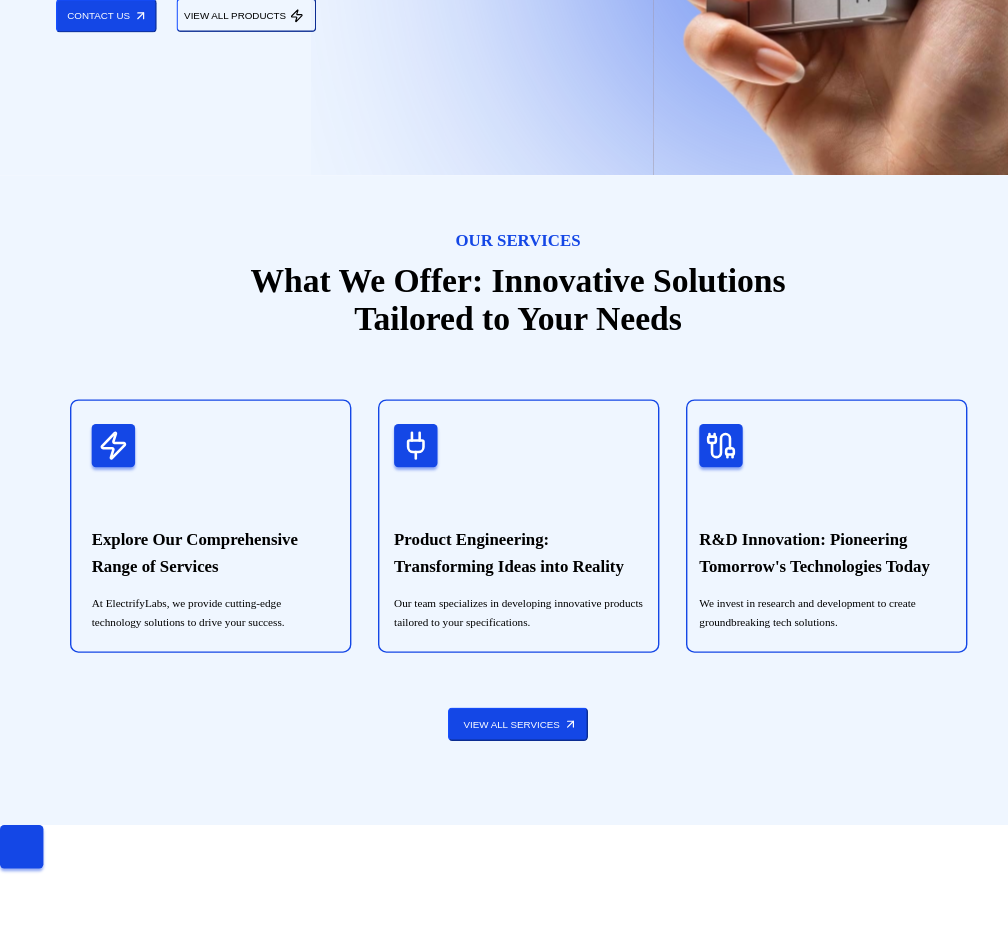
Repository: neelpatel6262/electrifylabs_homepage
Page: /
The author's editor kept a copy of each file at every save. The page is drawn from the files as they stood at one save, then again after the next save.
The browser window is 1280 px wide. The page is 1440 px wide, so the pictures cover 1440 px, including what lies to the right of the window. The pictures show the part of the page from y = 642 to 2362 px (the page is 1966 px tall before and 3219 px after), at 70% of full size.
The project was rebuilt for these pictures with package versions that can differ from the ones it lists, and the page was loaded fresh each time. Also part of the build but not shown: vite.config.js.

Above is the page before, as saved 2026-02-20 18:52:38.

### index.html
<!doctype html>
<html lang="en">
  <head>
    <meta charset="UTF-8" />
    <link rel="icon" type="image/svg+xml" href="/src/assets/LOGO.svg" />
    <meta name="viewport" content="width=device-width, initial-scale=1.0" />
    <title>ElectrifyLabs Homepage</title>
  </head>
  <body>
    <div id="root"></div>
    <script type="module" src="/src/main.jsx"></script>
  </body>
</html>

### src/main.jsx
import { StrictMode } from 'react'
import { createRoot } from 'react-dom/client'
import './index.css'
import Navbar from './components/Navbar.jsx'
import HeroSection from './components/HeroSection.jsx'
import ServiceSection from './components/ServiceSection.jsx'
import ServiceCard from './components/ServiceCard.jsx'




createRoot(document.getElementById('root')).render(
  <>
    <Navbar />
    <HeroSection />
    <ServiceSection />
    <ServiceCard />

  </>
)

### src/index.css
@tailwind base;
@tailwind components;
@tailwind utilities;

:root {
  /* Color Variables */
  --primary-color: #1447e6;
  --primary-hover-color: #0f3bc4;
  --secondary-color: #eff6ff;
  --background-light: #bcdaff;
  --text-primary: #171717;
  --text-secondary: #433c38;
  --text-light: #9ca3af;
  --white: #ffffff;
  --black: #000000;
  --dark-text: #0c0a09;
  --border-color: #1447e6;
  --shadow-color: rgba(20, 71, 230, 0.44);
  --error-color: #ef4444;
  --error-dark: #dc2626;
  --success-color: #10b981;
  --success-dark: #059669;
  --warning-color: #f59e0b;
  --warning-dark: #d97706;
  --ripple-color: rgba(255, 255, 255, 0.3);

  /* Typography Variables */
  --font-family: "Space Grotesk", sans-serif;
  --font-size-xs: 10px;
  --font-size-sm: 12px;
  --font-size-base: 14px;
  --font-size-md: 16px;
  --font-size-lg: 18px;
  --font-size-xl: 24px;
  --font-size-2xl: 32px;
  --font-size-3xl: 36px;
  --font-size-4xl: 48px;
  --font-size-5xl: 86px;

  /* Font Weight Variables */
  --font-weight-normal: 400;
  --font-weight-medium: 500;
  --font-weight-semibold: 600;
  --font-weight-bold: 800;
  --font-weight-black: 900;

  /* Spacing Variables */
  --spacing-xs: 4px;
  --spacing-sm: 8px;
  --spacing-md: 12px;
  --spacing-base: 14px;
  --spacing-lg: 16px;
  --spacing-xl: 20px;
  --spacing-2xl: 22px;
  --spacing-3xl: 28px;
  --spacing-4xl: 42px;
  --spacing-5xl: 44px;
  --spacing-6xl: 46px;
  --spacing-7xl: 62px;
  --spacing-8xl: 78px;
  --spacing-9xl: 80px;
  --spacing-10xl: 100px;

  /* Border Radius Variables */
  --border-radius-sm: 6px;
  --border-radius-md: 12px;
  --border-radius-lg: 38px;
  --border-radius-xl: 44px;
  --border-radius-full: 50%;

  /* Shadow Variables */
  --shadow-sm: 0px 4px 4px 0px var(--shadow-color);
  --shadow-md: 0 8px 32px rgba(0, 0, 0, 0.1);
  --shadow-lg: 0 10px 40px rgba(0, 0, 0, 0.2);
  --shadow-xl: 0 12px 40px rgba(0, 0, 0, 0.15);

  /* Layout Variables */
  --container-width: 1440px;
  --content-width: 1280px;
  --navbar-height: 88px;
  --button-height: 48px;
  --input-height: 76px;

  /* Transition Variables */
  --transition-fast: 0.3s ease-in-out;
  --transition-medium: 0.5s cubic-bezier(0.68, -0.55, 0.265, 1.55);

  /* Line Height Variables */
  --line-height-tight: 100%;
  --line-height-normal: 120%;
  --line-height-relaxed: 140%;
  --line-height-loose: 160%;
}

* {
  margin: 0;
  padding: 0;
  box-sizing: border-box;
}




.navbar-section {
  width: var(--container-width);
  height: var(--navbar-height);
  padding: var(--spacing-xl) var(--spacing-9xl) var(--spacing-xl) var(--spacing-9xl);
  background-color: var(--white);
}

.navbar-container {
  display: flex;
}

.logo {
  width: var(--spacing-5xl);
  margin-right: var(--spacing-5xl);
}

.nav-links {
  width: 1004px;
  height: var(--spacing-lg);
  margin: var(--spacing-lg) var(--spacing-5xl);
}

.nav-links a {
  text-transform: uppercase;
  text-decoration: none;
  color: var(--text-primary);
  margin-right: var(--spacing-3xl);
  font-size: var(--font-size-md);
  letter-spacing: 1.4px;
  font-weight: var(--font-weight-semibold);
}

.nav-links a:hover {
  color: var(--primary-color);
  transition: color var(--transition-fast);
  font-weight: var(--font-weight-bold);
}

.navbar-btn {
  width: 144px;
  height: var(--button-height);
  border-radius: var(--border-radius-sm);
  background-color: var(--primary-color);
  border-color: var(--primary-color);
  color: var(--white);
  font-size: var(--font-size-base);
  text-transform: uppercase;
  padding: var(--spacing-md) var(--spacing-base);
  margin-left: var(--spacing-5xl);
}

.navbar-btn:hover {
  box-shadow: var(--shadow-sm);
  transition: box-shadow var(--transition-fast);
}

.navbar-btn-conatiner {
  width: 116px;
  height: var(--spacing-xl);
  display: flex;
  align-items: center;
}

.navbar-btn-conatiner svg {
  width: var(--spacing-2xl);
  margin-left: var(--spacing-xs);
  align-items: center;
}


/* hero-section style in css */

.hero-section {
  background-color: var(--secondary-color);
  display: flex;
  width: var(--container-width);
  height: 804px;
}

.hero-left-content {
  height: 438px;
  margin: 183px 0px 183px var(--spacing-9xl);
}

.heading-section {
  height: 264px;
}

.crm-section {
  height: 104px;
  display: flex;
  align-items: center;
}

.frame {
  width: 104px;
  height: 104px;
}

.rating-section {
  display: flex;
}

.rating-section-container {
  display: flex;
  padding: 10px;
  width: 348px;
  height: 39px;
  background-color: var(--background-light);
  border-radius: var(--border-radius-md);
  border: 1px solid var(--primary-color);
}

.rating {
  display: flex;
  gap: var(--spacing-xs);
}
.rating img {
  width: var(--spacing-lg);
}

.rating-heading {
  font-size: var(--font-size-sm);
  font-weight: var(--font-weight-semibold);
  text-transform: uppercase;
  align-items: center;
  margin-left: var(--spacing-md);
}

.hero-heading {
  height: 164px;
  width: 808px;
  font-size: var(--font-size-4xl);
  font-weight: var(--font-weight-black);
  line-height: var(--line-height-normal);
  text-transform: capitalize;
}

.hero-highlights {
  color: var(--primary-color);
  text-decoration: underline;
}

.right-content {
  width: 552px;
  height: 804px;
  margin-left: 444px;
  position: absolute;
}

.hero-subheading {
  width: 808px;
  height: 152px;
}

.subheading {
  height: 58px;
  width: 808px;
  font-size: var(--font-size-lg);
  line-height: var(--line-height-loose);
  margin-bottom: var(--spacing-6xl);
}
.hero-btn {
  width: 144px;
  height: var(--button-height);
  border-radius: var(--border-radius-sm);
  background-color: var(--primary-color);
  border-color: var(--primary-color);
  color: var(--white);
  font-size: var(--font-size-base);
  text-transform: uppercase;
  padding: var(--spacing-md) var(--spacing-base);
  margin-right: var(--spacing-3xl);
}

.hero-btn:hover {
  box-shadow: var(--shadow-sm);
  transition: box-shadow var(--transition-fast);
}

.hero-btn-container {
  width: 116px;
  height: var(--spacing-xl);
  display: flex;
  align-items: center;
}

.hero-btn-container svg {
  width: var(--spacing-2xl);
  margin-left: var(--spacing-xs);
  align-items: center;
}

.hero-secondary-btn {
  width: 200px;
  height: var(--button-height);
  border-radius: var(--border-radius-sm);
  background-color: transparent;
  border-color: var(--primary-color);
  color: var(--black);
  font-size: var(--font-size-base);
  text-transform: uppercase;
  padding: 10px 9px 10px 9px;
}

.hero-secondary-btn-container {
  width: 180.09px;
  height: 26.09px;
  display: flex;
  align-items: center;
}

.hero-secondary-btn:hover {
  background-color: var(--primary-color);
  color: var(--white);
  box-shadow: var(--shadow-sm);
  transition: background-color var(--transition-fast), color var(--transition-fast);
}

.hero-secondary-btn-container svg {
  width: var(--spacing-2xl);
  margin-left: var(--spacing-xs);
  align-items: center;
}





.service-section {
  width: var(--container-width);
  height: 928px;
  background-color: var(--secondary-color);
  padding: var(--spacing-9xl) var(--spacing-10xl) var(--spacing-9xl) var(--spacing-10xl);
}

.service-container {
  width: var(--content-width);
  height: 728px;
}

.service-intro-section {
  width: 765px;
  height: 162px;
  margin-left: 257.5px;
  margin-right: 257.5px;
  text-align: center;
}

.service-body-heading {
  height: var(--spacing-xl);
  width: 765px;
  font-size: var(--font-size-xl);
  text-transform: uppercase;
  color: var(--primary-color);
  font-weight: var(--font-weight-semibold);
  margin-bottom: var(--spacing-2xl);
}

.service-heading {
  width: 765px;
  height: 116px;
  text-align: center;
  font-weight: var(--font-weight-semibold);
  font-size: var(--font-size-4xl);
}

.services-cards-section {
  margin-top: var(--spacing-8xl);
  margin-bottom: var(--spacing-8xl);
  display: flex;
  width: var(--content-width);
  height: 362px;
  gap: 38px;
}

.service-card-one {
  width: 402px;
  height: 362px;
  border: 2px solid var(--primary-color);
  border-radius: var(--border-radius-md);
  padding: 33px 29px 33px 29px;
}

.service-icon {
  width: var(--spacing-7xl);
  height: var(--spacing-7xl);
  background-color: var(--primary-color);
  border-radius: var(--border-radius-sm);
  margin-bottom: 84px;
  padding: 9px;
  box-shadow: var(--shadow-sm);
}

.service-icon svg {
  width: var(--spacing-5xl);
  height: var(--spacing-5xl);
  color: var(--white);
}

.service-card-heading {
  font-size: var(--font-size-xl);
  line-height: var(--line-height-loose);
  width: 318px;
  height: 76px;
  font-weight: var(--font-weight-semibold);
  margin-bottom: var(--spacing-2xl);
}

.service-card-subheading {
  width: 344px;
  height: 52px;
  font-size: var(--font-size-md);
  line-height: var(--line-height-loose);
}

.service-card-two {
  width: 402px;
  height: 362px;
  border: 2px solid var(--primary-color);
  border-radius: var(--border-radius-md);
  padding: 33px 21px 33px 21px;
}

.service-card-two-heading {
  font-size: var(--font-size-xl);
  line-height: var(--line-height-loose);
  width: 361px;
  height: 76px;
  font-weight: var(--font-weight-semibold);
  margin-bottom: var(--spacing-2xl);
}

.service-card-two-subheading {
  width: 360px;
  height: var(--button-height);
  font-size: var(--font-size-md);
  line-height: var(--line-height-loose);
}

.service-card-three {
  width: 402px;
  height: 362px;
  border: 2px solid var(--primary-color);
  border-radius: var(--border-radius-md);
  padding: 33px 17px 33px 17px;
}

.service-card-three-heading {
  width: 386px;
  height: 76px;
  font-weight: var(--font-weight-semibold);
  margin-bottom: var(--spacing-2xl);
  font-size: var(--font-size-xl);
  line-height: var(--line-height-loose);
}

.service-card-three-subheading {
  font-size: var(--font-size-md);
  line-height: var(--line-height-loose);
  width: 353px;
  height: var(--button-height);
}

.service-btn {
  border-radius: var(--border-radius-sm);
  background-color: var(--primary-color);
  border-color: var(--primary-color);
  color: var(--white);
  font-size: var(--font-size-base);
  text-transform: uppercase;
  padding: 10px var(--spacing-xl) 10px var(--spacing-xl);
  width: 200px;
  height: var(--button-height);
  gap: var(--spacing-md);
  margin-left: 540px;
  letter-spacing: 1%;
  margin-right: 540px;
}

.service-btn:hover {
  box-shadow: var(--shadow-sm);
  transition: box-shadow var(--transition-fast);
}

.service-btn svg {
  width: var(--spacing-2xl);
  margin-left: var(--spacing-xs);
  align-items: center;
}

.service-btn-container {
  width: 168px;
  height: var(--spacing-xl);
  display: flex;
  align-items: center;
}

### src/components/Navbar.jsx
import { ArrowUpRight } from 'lucide-react';
import Logo from '../assets/LOGO.svg';

const navLinks = [
  { id: 1, label: 'about', href: '#' },
  { id: 2, label: 'service', href: '#' },
  { id: 3, label: 'product', href: '#' },
  { id: 4, label: 'library', href: '#' },
  { id: 5, label: 'blogs', href: '#' },
];

function Navbar() {
  return (
    <div className="navbar-section">
      <div className="navbar-container">

        {/* Logo */}
        <div className="logo">
          <img src={Logo} alt="logo" />
        </div>

        {/* Nav Links */}
        <div className="nav-links">
          {navLinks.map((link) => (
            <a key={link.id} href={link.href}>
              {link.label}
            </a>
          ))}
        </div>

        {/* Button */}
        <button className="navbar-btn">
          <div className="navbar-btn-conatiner">
            contact us
            <ArrowUpRight size={20} />
          </div>
        </button>

      </div>
    </div>
  );
}

export default Navbar;

### src/components/HeroSection.jsx
import { ArrowUpRight, Zap, Star as StarIcon } from 'lucide-react';
import Frame from '../assets/frame.svg';
import HeroImg from '../assets/heo-img.svg';
import Star from '../assets/star.svg';



// Star rating array — 5 stars
const stars = [1, 2, 3, 4, 5];

function HeroSection() {
  return (
    <div className="hero-section">

      {/* Left Content */}
      <div className="hero-left-content">
        <div className="heading-section">

          {/* CRM / Rating Row */}
          <div className="crm-section">
            <div className="frame">
              <img src={Frame} alt="frame" />
            </div>
            <div className="rating-section">
              <div className="rating-section-container">
                <div className="rating">
                  {stars.map((star) => (
                    <img key={star} src={Star} alt="star" />
                  ))}
                </div>
                <div className="rating-heading">
                  rated 5.0 by 40+ happy customers!
                </div>
              </div>
            </div>
          </div>

          {/* Hero Heading */}
          <div className="hero-heading">
            <span className="hero-highlights">electrifylabs</span> is powering the future of innovation
          </div>

        </div>

        {/* Subheading + Buttons */}
        <div className="hero-subheading">
          <div className="subheading">
            At ElectrifyLabs, we are dedicated to transforming ideas into cutting-edge technology solutions.
            Join us on a journey to innovate and electrify the future.
          </div>

          <div className="hero-cta-actions">
            {/* Primary Button */}
            <button className="hero-btn">
              <div className="hero-btn-container">
                contact us
                <ArrowUpRight size={20} />
              </div>
            </button>

            {/* Secondary Button */}
            <button className="hero-secondary-btn">
              <div className="hero-secondary-btn-container">
                view all products
                <Zap size={20} />
              </div>
            </button>
          </div>
        </div>
      </div>

      {/* Right Content - Hero Image */}
      <div className="right-content">
        <img src={HeroImg} alt="hero" />
      </div>

    </div>
  );
}

export default HeroSection;

### src/components/ServiceSection.jsx
import { Zap, Plug, Cable, ArrowUpRight } from 'lucide-react';
import ServiceCard from './ServiceCard';

const cards = [
  {
    id: 1,
    icon: <Zap size={24} color="white" />,
    heading: "Explore Our Comprehensive Range of Services",
    subheading: "At ElectrifyLabs, we provide cutting-edge technology solutions to drive your success.",
    cardClass: "service-card-one",
    headingClass: "service-card-heading",
    subheadingClass: "service-card-subheading",
  },
  {
    id: 2,
    icon: <Plug size={24} color="white" />,
    heading: "Product Engineering: Transforming Ideas into Reality",
    subheading: "Our team specializes in developing innovative products tailored to your specifications.",
    cardClass: "service-card-two",
    headingClass: "service-card-two-heading",
    subheadingClass: "service-card-two-subheading",
  },
  {
    id: 3,
    icon: <Cable size={24} color="white" />,
    heading: "R&D Innovation: Pioneering Tomorrow's Technologies Today",
    subheading: "We invest in research and development to create groundbreaking tech solutions.",
    cardClass: "service-card-three",
    headingClass: "service-card-three-heading",
    subheadingClass: "service-card-three-subheading",
  },
];

function ServiceSection() {
  return (
    <div className="service-section">
      <div className="service-container">

        {/* Intro */}
        <div className="service-intro-section">
          <div className="service-body-heading">our services</div>
          <div className="service-heading">
            What We Offer: Innovative Solutions Tailored to Your Needs
          </div>
        </div>

        {/* Cards */}
        <div className="services-cards-section">
          {cards.map((card) => (
            <ServiceCard
              key={card.id}
              icon={card.icon}
              heading={card.heading}
              subheading={card.subheading}
              cardClass={card.cardClass}
              headingClass={card.headingClass}
              subheadingClass={card.subheadingClass}
            />
          ))}
        </div>

        {/* Button */}
        <button className="service-btn">
          <div className="service-btn-container">
            view all services
            <ArrowUpRight size={20} />
          </div>
        </button>

      </div>
    </div>
  );
}

export default ServiceSection;

### src/components/ServiceCard.jsx


function ServiceCard({ icon, heading, subheading, cardClass, headingClass, subheadingClass })

{
  return (
    <div className={cardClass}>
      <div className="service-icon">
        {icon}
      </div>
      <div className={headingClass}>
        {heading}
      </div>
      <div className={subheadingClass}>
        {subheading}
      </div>
    </div>
  );
}



export default ServiceCard;

### src/components/AboutSection.jsx
import { ArrowUpRight } from 'lucide-react';
import Placeholder from '../assets/Placeholder.jpg';

function AboutSection() {
  return (
    <div className="about-section">
      <div className="about-container">

        {/* Who We Are - Top Text */}
        <div className="who-we-are-section">
          <div className="about-heading">Who We Are</div>
          <div className="sub-heading">
            At ElectrifyLabs, we are committed to driving innovation through cutting-edge technology.
            Our mission is to deliver smart, electrifying solutions that enhance performance and
            reliability across various industries.
          </div>
        </div>

        {/* Content Section - Image + Stats */}
        <div className="about-content-section">

          {/* Left - Placeholder Image */}
          <div className="placeholder">
            <img src={Placeholder} alt="about us" />
          </div>

          {/* Right - Stats + CTA */}
          <div className="about-right-content">

            {/* Stat One */}
            <div className="content-one">
              <h1>75+</h1>
              <h4>Global Branches Established</h4>
              <p>Expanding our reach worldwide.</p>
            </div>

            {/* Stat Two + Read More */}
            <div className="content-two">
              <div className="content-two-info">
                <h1>15+</h1>
                <h4>Industry Awards Won</h4>
                <p>Recognized for excellence in manufacturing and automation.</p>
              </div>

              {/* Read More CTA */}
              <div className="content-cta-section">
                <div className="content-cta-section-container">
                  <h1>read more</h1>
                  <ArrowUpRight size={32} />
                </div>
                <hr className="about-cta" />
              </div>

            </div>
          </div>
        </div>

      </div>
    </div>
  );
}

export default AboutSection;

After the next save:
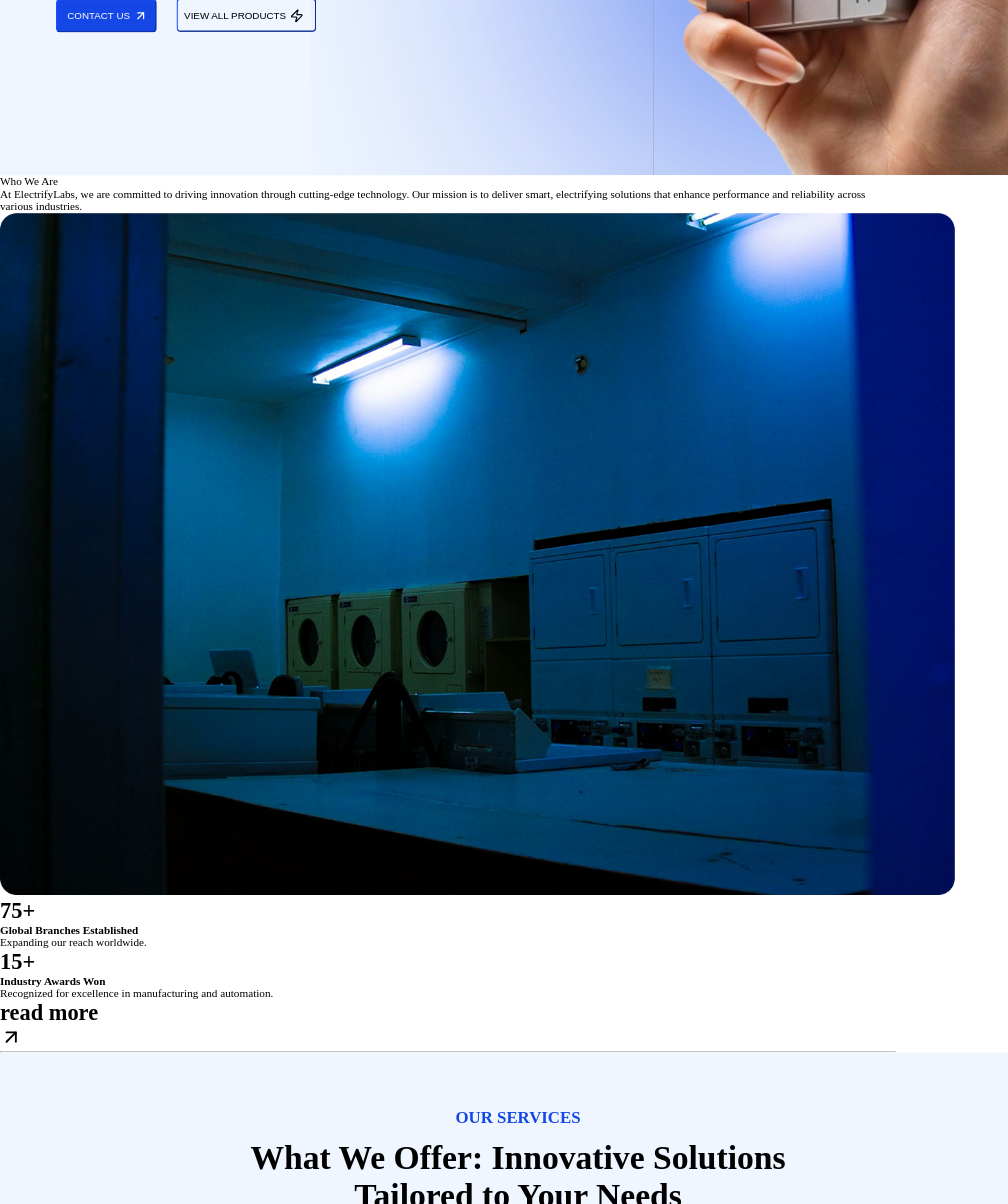
Saved 12 s later.
--- a/src/main.jsx
+++ b/src/main.jsx
@@ -3,6 +3,7 @@
 import './index.css'
 import Navbar from './components/Navbar.jsx'
 import HeroSection from './components/HeroSection.jsx'
+import AboutSection from './components/AboutSection.jsx'
 import ServiceSection from './components/ServiceSection.jsx'
 import ServiceCard from './components/ServiceCard.jsx'
 
@@ -13,6 +14,7 @@
   <>
     <Navbar />
     <HeroSection />
+    <AboutSection />
     <ServiceSection />
     <ServiceCard />
 
